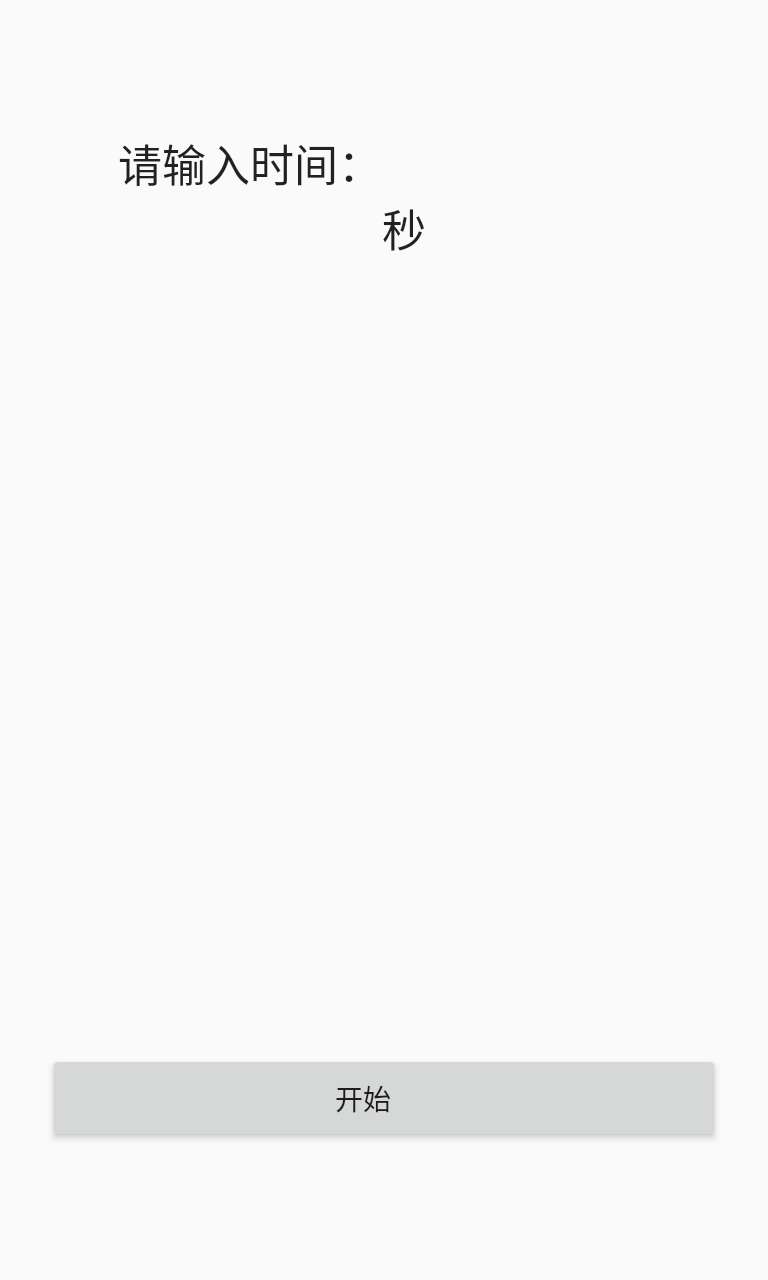
Repository: morning-ding/burning
Layout: test/res/layout/act_timer.xml
These files come from the project's save history. The layout is drawn as it stood at one moment and after the next save; the edit follows.
It is drawn on a 768 x 1280 px phone screen (xhdpi) without system bars, with theme AppTheme; the app's code is not run.

Above is the layout before, as saved 2015-04-28 10:44:47.

### test/res/layout/act_timer.xml
<?xml version="1.0" encoding="utf-8"?>
<RelativeLayout xmlns:android="http://schemas.android.com/apk/res/android"
    android:layout_width="fill_parent"
    android:layout_height="fill_parent" >

    <TextView
        android:id="@+id/input"
        android:layout_width="wrap_content"
        android:layout_height="wrap_content"
        android:layout_alignParentLeft="true"
        android:layout_alignParentTop="true"
        android:layout_marginLeft="59dp"
        android:layout_marginTop="65dp"
        android:text="请输入时间："
        android:textAppearance="?android:attr/textAppearanceLarge" />

    <Button
        android:id="@+id/begin"
        android:layout_width="match_parent"
        android:layout_height="wrap_content"
        android:layout_alignParentBottom="true"
        android:layout_centerHorizontal="true"
        android:layout_marginBottom="67dp"
        android:layout_marginRight="46dp"
        android:text="开始      " />

    <TextView
        android:id="@+id/show"
        android:layout_width="wrap_content"
        android:layout_height="wrap_content"
        android:layout_centerInParent="true"
        android:layout_marginRight="29dp"
        android:textSize="60px"
        android:textAppearance="?android:attr/textAppearanceLarge" />

    <TextView
        android:id="@+id/miao"
        android:layout_width="wrap_content"
        android:layout_height="wrap_content"
        android:layout_below="@+id/input"
        android:layout_toRightOf="@+id/input"
        android:text="秒"
        android:textAppearance="?android:attr/textAppearanceLarge" />

</RelativeLayout>

Loaded but not shown: test/res/values/styles.xml (common file); test/res/values-v11/styles.xml (common file); test/res/values-v14/styles.xml (common file)

After the next save:
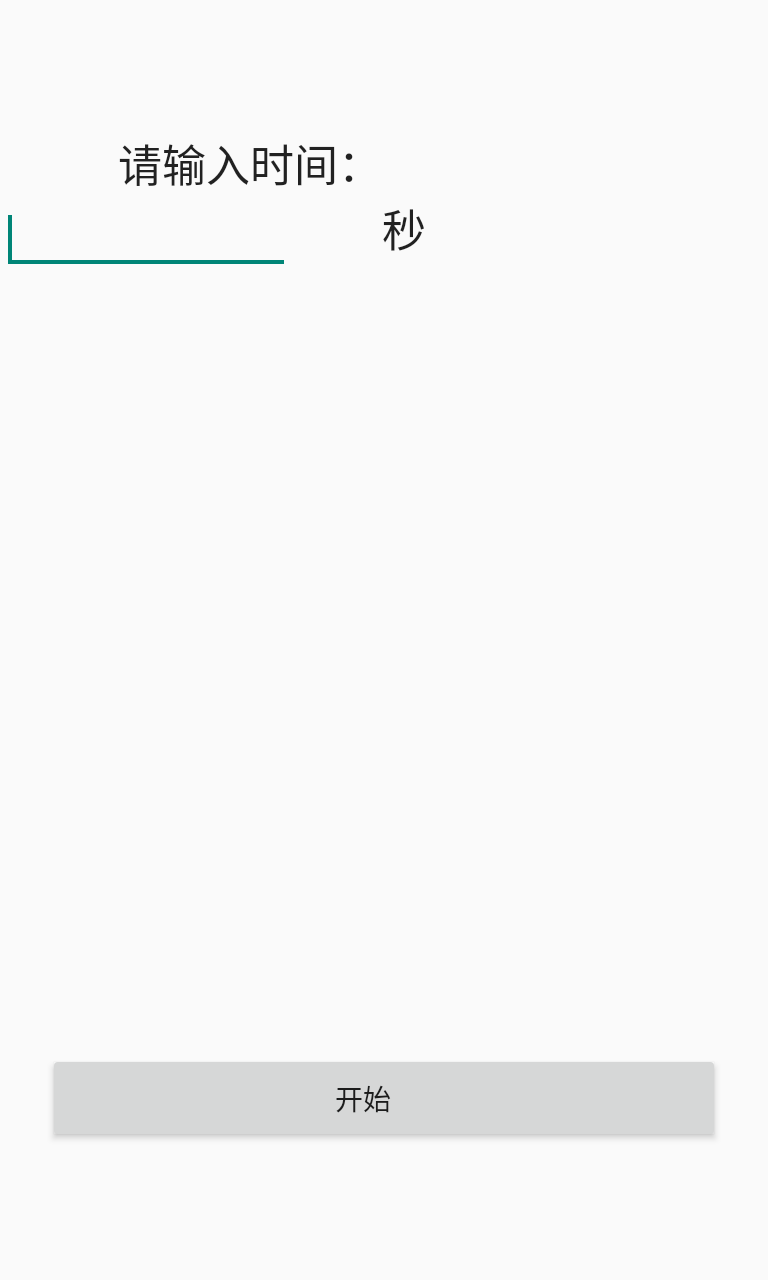
Saved 48 s later.
--- a/test/res/layout/act_timer.xml
+++ b/test/res/layout/act_timer.xml
@@ -42,4 +42,17 @@
         android:text="秒"
         android:textAppearance="?android:attr/textAppearanceLarge" />
 
+    <EditText
+        android:id="@+id/editText1"
+        android:layout_width="wrap_content"
+        android:layout_height="wrap_content"
+        android:layout_below="@+id/input"
+        android:layout_marginRight="45dp"
+        android:layout_toLeftOf="@+id/miao"
+        android:ems="10"
+        android:inputType="number" >
+
+        <requestFocus />
+    </EditText>
+
 </RelativeLayout>
